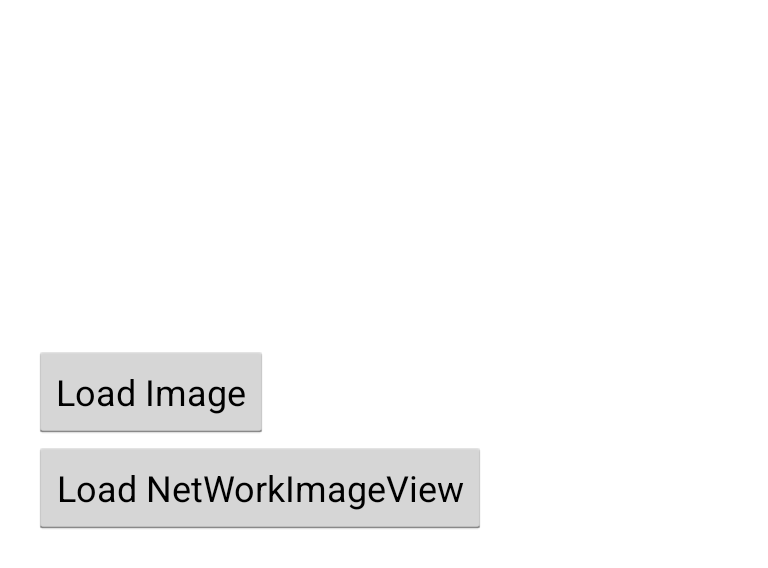
Repository: JoanneCaroll/VolleyTutorial
Layout: VolleyExample/res/layout/activity_main.xml
The author's editor kept a copy of each file at every save. The layout is drawn from the files as they stood at one save, then again after the next save.
The pictures show rows 712 to 1280 of an output 1280 px tall.
It is drawn on a 768 x 1280 px phone screen (xhdpi) without system bars, with theme AppTheme; the app's code is not run.

Above is the layout before, as saved 2014-11-03 01:51:22.

### VolleyExample/res/layout/activity_main.xml
<RelativeLayout xmlns:android="http://schemas.android.com/apk/res/android"
    xmlns:tools="http://schemas.android.com/tools"
    android:layout_width="match_parent"
    android:layout_height="match_parent"
    android:paddingBottom="@dimen/activity_vertical_margin"
    android:paddingLeft="@dimen/activity_horizontal_margin"
    android:paddingRight="@dimen/activity_horizontal_margin"
    android:paddingTop="@dimen/activity_vertical_margin"
    tools:context=".MainActivity" >

    <ImageView
        android:id="@+id/imageView1"
        android:layout_width="150dp"
        android:layout_height="170dp"
        android:layout_centerHorizontal="true"
        android:src="@drawable/ic_launcher" />

    <com.android.volley.toolbox.NetworkImageView
        android:id="@+id/networkImageView"
        android:layout_width="150dp"
        android:layout_height="170dp"
        android:layout_below="@+id/imageView1"
        android:layout_centerHorizontal="true"
        android:src="@drawable/ic_launcher" />

    <LinearLayout
        android:layout_width="wrap_content"
        android:layout_height="wrap_content"
        android:layout_alignParentBottom="true"
        android:orientation="vertical" >

        <Button
            android:id="@+id/btnLoadImage"
            android:layout_width="wrap_content"
            android:layout_height="wrap_content"
            android:onClick="btnLoadImageClick"
            android:text="Load Image" />

        <Button
            android:id="@+id/btnNetworkImageViewClick"
            android:layout_width="wrap_content"
            android:layout_height="wrap_content"
            android:onClick="btnLoadNetWorkImageViewClick"
            android:text="Load NetWorkImageView" />
    </LinearLayout>

</RelativeLayout>

Loaded but not shown: VolleyExample/res/values/styles.xml (common file); VolleyExample/res/values-v11/styles.xml (common file); VolleyExample/res/values-v14/styles.xml (common file); VolleyExample/res/values/dimens.xml (common file); VolleyExample/res/values-w820dp/dimens.xml (common file)

After the next save:
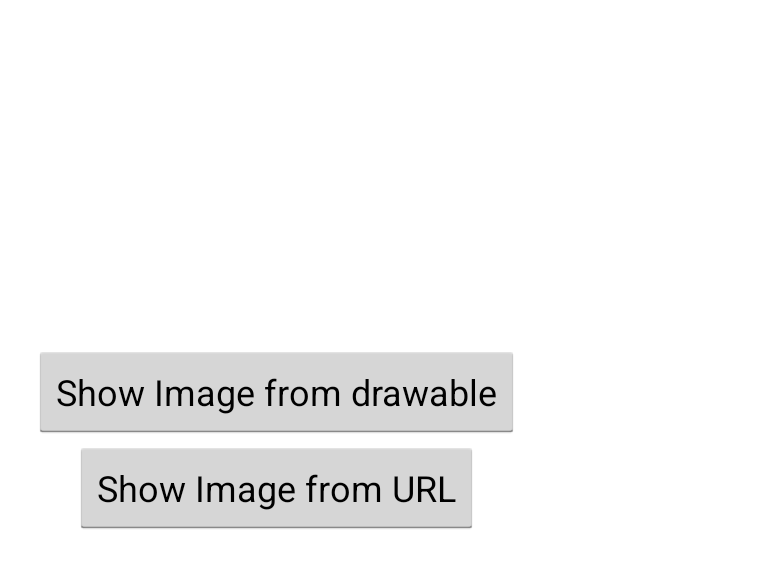
Saved 3 min 0 s later.
--- a/VolleyExample/res/layout/activity_main.xml
+++ b/VolleyExample/res/layout/activity_main.xml
@@ -27,21 +27,24 @@
         android:layout_width="wrap_content"
         android:layout_height="wrap_content"
         android:layout_alignParentBottom="true"
-        android:orientation="vertical" >
+        android:orientation="vertical"
+        android:gravity="center" >
 
         <Button
+            android:layout_gravity="center"
             android:id="@+id/btnLoadImage"
             android:layout_width="wrap_content"
             android:layout_height="wrap_content"
             android:onClick="btnLoadImageClick"
-            android:text="Load Image" />
+            android:text="Show Image from drawable" />
 
         <Button
+            android:layout_gravity="center"
             android:id="@+id/btnNetworkImageViewClick"
             android:layout_width="wrap_content"
             android:layout_height="wrap_content"
             android:onClick="btnLoadNetWorkImageViewClick"
-            android:text="Load NetWorkImageView" />
+            android:text="Show Image from URL" />
     </LinearLayout>
 
 </RelativeLayout>
